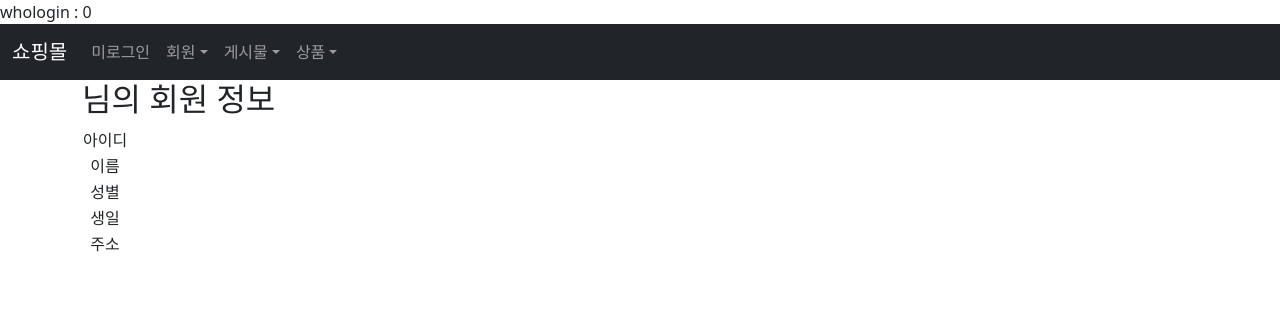
Repository: Sain-Clair/Team5
Page: http://localhost/Student/member/meDetail.jsp
An editor plug-in stored every save of this project. The page is shown before and after the next save, followed by the edit.
The browser window is 1280 px wide. The pictures show the whole page.
The page is served by Tomcat 9. Other server files are loaded and not shown. The template is opened directly, without the code that normally fills it, so the values that code supplies are empty.

Above is the page before, as saved 2023-09-05 05:45:10.

### Student/src/main/webapp/member/meDetail.jsp
<%@ page language="java" contentType="text/html; charset=UTF-8"
    pageEncoding="UTF-8"%>
<%@ include file="./../common/common.jsp" %>
<%@ include file="./../common/bootstrap5.jsp" %>
<!DOCTYPE html>
<html>
<head>
<meta charset="UTF-8">
<title>Insert title here</title>
</head>
<body>
	<div class = "container">
		<h2>${requestScope.bean.name}님의 회원 정보</h2>
		<table>
			<thead></thead>
			<tbody>
				<tr>
					<td align="center">아이디</td>
					<td>${requestScope.bean.id}
					</td>
				</tr>
				<tr>
					<td align="center">이름</td>
					<td>${requestScope.bean.name}
					</td>
				</tr>
				<tr>
					<td align="center">성별</td>
					<td>${requestScope.bean.gender}
					</td>
				</tr>
				<tr>
					<td align="center">생일</td>
					<td>${requestScope.bean.birth}
					</td>
				</tr>
				<tr>
					<td align="center">주소</td>
					<td>${bean.address}
					</td>
				</tr>
			</tbody>
		</table>
	</div>
</body>
</html>

### Student/src/main/webapp/common/common.jsp
<%@page import="com.shopping.model.bean.Member"%>
<%@ page language="java" contentType="text/html; charset=UTF-8"
	pageEncoding="UTF-8"%>

<%
	// appName : 애플리케이션 이름(프로젝트 이름_Student)
	String appName = request.getContextPath();
	// in FrontController.java file
	String mappingName = "/Shopping";

	// form 태그에서 사용할 변수
	String withFormTag = appName + mappingName;

	// form 태그가 아닌 영역에서 사용할 변수 <a>
	String notWithFormTag = appName + mappingName +"?command=";

	/* out.print("프로젝트 이름 : " + appName + "<br/>") ;
	out.print("mappingName:" + mappingName +"<br/>");
	out.print("withFormTag:" + withFormTag +"<br/>");
	out.print("notWithFormTag:" + notWithFormTag +"<br/>"); */
%>

<%@page import="java.util.*"%>

<%-- jstl을 위한 태그 라이브러리 선언 --%>
<%@ taglib prefix="c" uri="http://java.sun.com/jsp/jstl/core" %>
<%@ taglib prefix="fn" uri="http://java.sun.com/jsp/jstl/functions" %>

<%-- include file="bootstrap5.jsp" --%>
<%
	// 이 코드들은 차후 삭제 예정
	/*Member mem = new Member() ;
	mem.setId("hong") ; // admin  hong
	mem.setName("홍길동") ; // 관리자  홍길동
	session.setAttribute("loginfo", mem);
	session.setAttribute("loginfo", null); // 미로그인

	// 경고성 Alert Box
	session.setAttribute("alertMessage", "아이디/비번 정보를 잘못 입력하셨습니다.");
	session.setAttribute("alertMessage", null);*/
%>

<!-- whologin 변수는 현재 로그인 상태를 알려 주는 변수입니다. -->
<!-- 미로그인(0) 일반 사용자(1) 관리자(2) -->
<c:set var="whologin" value="0"/>
<c:if test="${not empty sessionScope.loginfo}">
	<c:if test="${sessionScope.loginfo.id == 'admin'}">
		<c:set var="whologin" value="2"/>
	</c:if>
	<c:if test="${sessionScope.loginfo.id != 'admin'}">
		<c:set var="whologin" value="1"/>
	</c:if>
</c:if>
whologin : ${whologin}


<!DOCTYPE html>
<html>
<head>
	<meta charset="UTF-8">
	<title>Insert title here</title>
	<!-- 이 파일은 모든 문서에서 공용으로 참조할 파일입니다.  -->
	<!-- 자바 관련 변수 및 패키지 임포트, 네비게이션 바, jstl 등등 -->
	<!-- for sweet alert -->
	<script src="${pageContext.request.contextPath}/js/sweetalert.js"></script>
	<style>
		.alert-dismissible{margin: 10px;}
	</style>
</head>
<body>
	<nav class="navbar navbar-expand-sm bg-dark navbar-dark">
		<div class="container-fluid">
			<a class="navbar-brand" href="#">쇼핑몰</a>
			<button class="navbar-toggler" type="button"
				data-bs-toggle="collapse" data-bs-target="#collapsibleNavbar">
				<span class="navbar-toggler-icon"></span>
			</button>
			<div class="collapse navbar-collapse" id="collapsibleNavbar">
				<ul class="navbar-nav">
					<li class="nav-item">
						<c:if test="${whologin eq 0}">
							<a class="nav-link" href="#">미로그인</a>
						</c:if>
						<c:if test="${whologin ne 0}">
							<a class="nav-link" href="#">${sessionScope.loginfo.name}님</a>
						</c:if>
					</li>

					<!-- member section -->
					<li class="nav-item dropdown">
						<a class="nav-link dropdown-toggle" href="#" role="button"
							data-bs-toggle="dropdown">회원</a>
						<ul class="dropdown-menu">
							<c:if test="${whologin eq 0}"><!-- href 띄어쓰기 x -->
								<li><a class="dropdown-item" href="<%=notWithFormTag%>meInsert">회원 가입</a></li>
								<li><a class="dropdown-item" href="<%=notWithFormTag%>meLogin">로그인</a></li>
							</c:if>
							<c:if test="${whologin ne 0}">
								<li><a class="dropdown-item" href="#">정보 수정</a></li>
								<li><a class="dropdown-item" href="<%=notWithFormTag%>meLogout">로그아웃</a></li>
								<li><a class="dropdown-item" href="<%=notWithFormTag%>meDetail&id=${sessionScope.loginfo.id}">상세보기</a></li>
								<li><a class="dropdown-item" href="#">탈퇴하기</a></li>
							</c:if>
							<c:if test="${whologin eq 2}">
								<li><a class="dropdown-item" href="<%=notWithFormTag%>meList">목록 보기</a></li>
							</c:if>
						</ul>
					</li>

					<!-- board section -->
					<li class="nav-item dropdown">
						<a class="nav-link dropdown-toggle" href="#" role="button"
							data-bs-toggle="dropdown">게시물</a>
						<ul class="dropdown-menu">
							<c:if test="${whologin ne 0}">
								<li><a class="dropdown-item" href="<%=notWithFormTag%>boInsert">게시물 등록</a></li>
							</c:if>
							<li><a class="dropdown-item" href="<%=notWithFormTag%>boList">목록 보기</a></li>
						</ul>
					</li>
					<!-- product section -->
					<li class="nav-item dropdown">
						<a class="nav-link dropdown-toggle" href="#" role="button"
							data-bs-toggle="dropdown">상품</a>
						<ul class="dropdown-menu">
							<c:if test="${whologin eq 2}">
								<li><a class="dropdown-item" href="<%=notWithFormTag%>prInsert">상품 등록</a></li>
							</c:if>
							<li><a class="dropdown-item" href="<%=notWithFormTag%>prList">목록 보기</a></li>
						</ul>
					</li>

				</ul>
			</div>
		</div>
	</nav>

	<c:if test="${not empty sessionScope.alertMessage}">
		<%-- 사용자에게 주의/경고/오류 등을 알려 주기 위한 Alert Box --%>
		<div class="alert alert-danger alert-dismissible">
	    	<button type="button" class="btn-close" data-bs-dismiss="alert"></button>
	    	<strong>😂😒😂😒😂😒😂😒😂😒😂😒😂😒😂😒😂😒</strong> ${sessionScope.alertMessage}
	  	</div>
	</c:if>
	<%-- 보여준 Alert Box를 session 영역에서 제거합니다. --%>
	<c:remove var="alertMessage" scope="session"/>
</body>
</html>

### Student/src/main/webapp/common/bootstrap5.jsp
<%@ page language="java" contentType="text/html; charset=UTF-8"
    pageEncoding="UTF-8"%>
<!DOCTYPE html>
<html>
<head>
	<meta charset="UTF-8">
	<meta name="viewport" content="width=device-width, initial-scale=1">
	<title>Insert title here</title>
	<!-- 이 파일은 부트 스트랩5를 사용하기 위한 공용 파일입니다. -->
	<!-- 부트 스트랩이 제이 쿼리를 참조하므로 반드시 jquery.js 선언이 먼저 되어야 합니다. -->
	<script type="text/javascript" src="${pageContext.request.contextPath}/js/jquery.js"></script>
	<script type="text/javascript" src="${pageContext.request.contextPath}/js/bootstrap.min.js"></script>
	<link rel="stylesheet" href="${pageContext.request.contextPath}/css/bootstrap.min.css">

	<link rel="stylesheet" href="${pageContext.request.contextPath}/css/jquery-ui.css">
  	<script type="text/javascript" src="${pageContext.request.contextPath}/js/jquery-ui.js"></script>
</head>
<body>

</body>
</html>

Loaded but not shown: Student/src/main/webapp/js/sweetalert.js (library); Student/src/main/webapp/js/jquery.js (library); Student/src/main/webapp/js/bootstrap.min.js (library); Student/src/main/webapp/css/bootstrap.min.css (library); Student/src/main/webapp/css/jquery-ui.css (library); Student/src/main/webapp/js/jquery-ui.js (library)

After the next save:
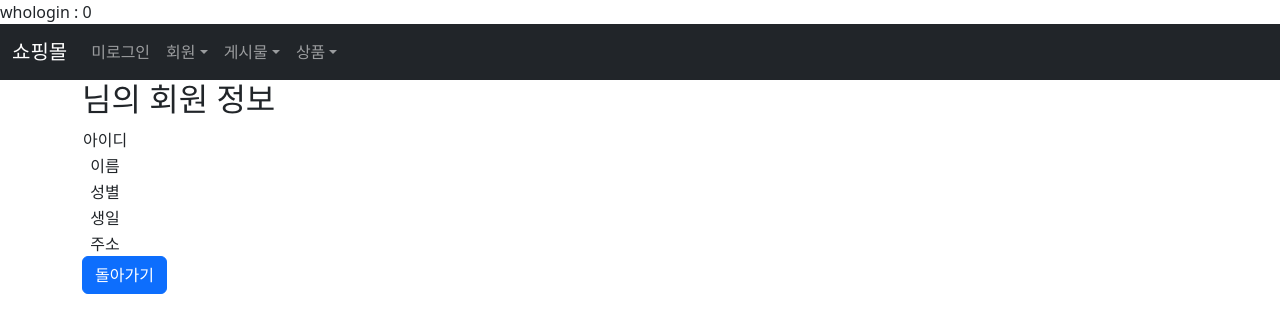
Saved 2 min 23 s later.
--- a/Student/src/main/webapp/member/meDetail.jsp
+++ b/Student/src/main/webapp/member/meDetail.jsp
@@ -41,6 +41,12 @@
 				</tr>
 			</tbody>
 		</table>
+		<div id="backButton">
+			<button type="button" class="btn btn-primary" onclick="history.bakc();">
+				돌아가기
+			</button>
+
+		</div>
 	</div>
 </body>
 </html>
